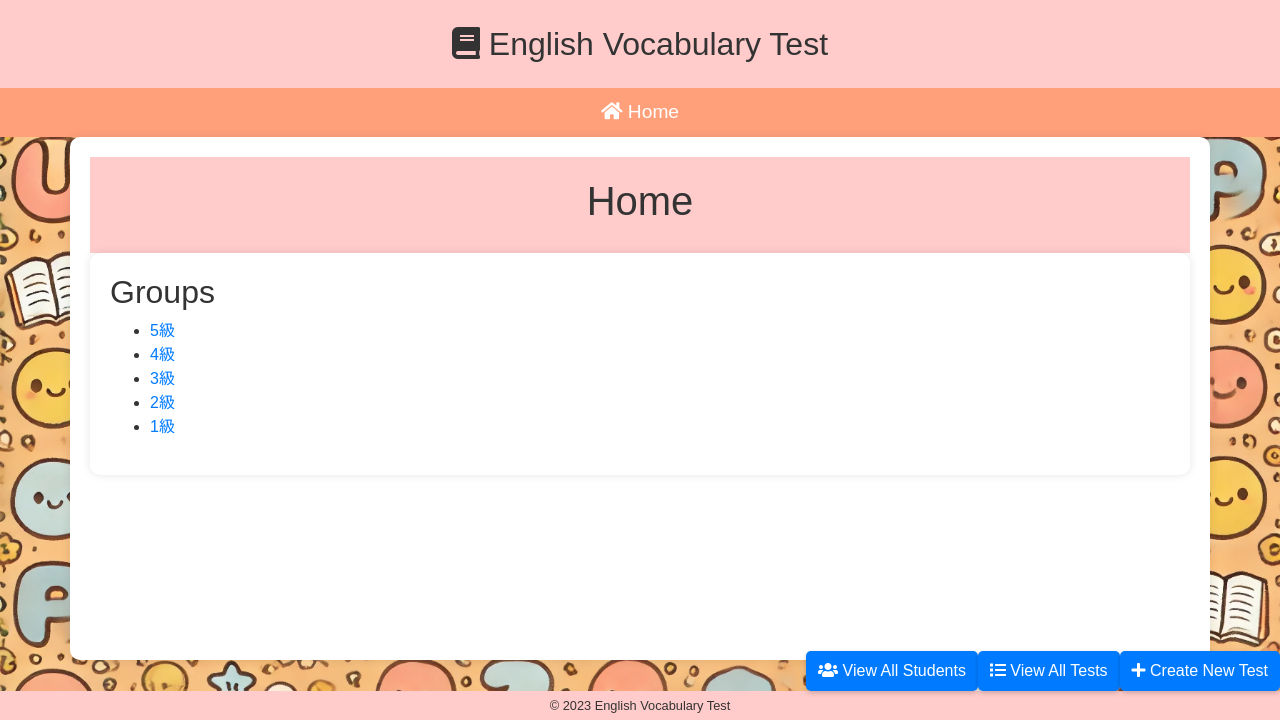
Repository: YamatoGH/testapp
Page: http://localhost/
These files come from the project's save history. The page is drawn as it stood at one moment and after the next save; the edit follows.
The browser window is 1280 px wide. The pictures show the whole page.
Backgrounds fixed to the window are drawn as part of the page. The page is served by the project's application, run on Django 5.2 (manage.py). Other server files are loaded and not shown. The page reads the database file committed with the project.

Above is the page before, as saved 2024-08-01 17:54:22.

### testapp/templates/testapp/home.html
{% extends "testapp/base.html" %}

{% block title %}Home{% endblock %}

{% block content %}
<header>
    <h1>Home</h1>
</header>

<div class="container">
    {% if groups %}
        <h2>Groups</h2>
        <ul>
            {% for group in groups %}
                <li><a href="{% url 'group_tests' group.id %}" class="group-link">{{ group.name }}</a></li>
            {% endfor %}
        </ul>
    {% else %}
        <p>No groups available.</p>
    {% endif %}
</div>

<div class="fixed-buttons">
    <a href="/students/" class="btn btn-custom view-all-students-button"><i class="fas fa-users"></i> View All Students</a>
    <a href="/all-tests/" class="btn btn-custom all-tests-button"><i class="fas fa-list"></i> View All Tests</a>
    <a href="/create-test-from-file/" class="btn btn-custom create-test-button"><i class="fas fa-plus"></i> Create New Test</a>
</div>
{% endblock %}

### testapp/templates/testapp/base.html
<!DOCTYPE html>
<html>
<head>
    {% load static %}
    <title>{% block title %}English Vocabulary Test{% endblock %}</title>
    <link rel="stylesheet" href="https://stackpath.bootstrapcdn.com/bootstrap/4.3.1/css/bootstrap.min.css">
    <link rel="stylesheet" href="https://cdnjs.cloudflare.com/ajax/libs/font-awesome/5.15.3/css/all.min.css">
    <link rel="stylesheet" type="text/css" href="{% static 'testapp/css/style.css' %}">
</head>
<body>
    <header>
        <i class="fas fa-book"></i> English Vocabulary Test
    </header>
    <nav>
        <a href="{% url 'home' %}"><i class="fas fa-home"></i> Home</a>
    </nav>
    <div class="container">
        {% block content %}{% endblock %}
    </div>
    <footer>
        &copy; 2023 English Vocabulary Test
    </footer>
</body>
<script>
    document.addEventListener("DOMContentLoaded", function() {
        var coll = document.getElementsByClassName("collapsible");
        for (var i = 0; i < coll.length; i++) {
            coll[i].addEventListener("click", function() {
                this.classList.toggle("active");
                var content = this.nextElementSibling;
                if (content.style.display === "block") {
                    content.style.display = "none";
                } else {
                    content.style.display = "block";
                }
            });
        }
    });
</script>
</html>

### testapp/models.py
from django.db import models

class Group(models.Model):
    name = models.CharField(max_length=100)

    def __str__(self):
        return self.name

class Test(models.Model):
    name = models.CharField(max_length=100)
    group = models.ForeignKey(Group, on_delete=models.CASCADE, related_name='tests', null=True)

    def __str__(self):
        return self.name

class Word(models.Model):
    test = models.ForeignKey(Test, related_name='words', on_delete=models.CASCADE)
    word = models.CharField(max_length=100)
    meaning = models.CharField(max_length=255)

class Student(models.Model):
    name = models.CharField(max_length=100)
    test_group = models.ForeignKey('Group', on_delete=models.SET_NULL, null=True, blank=True)
    current_test = models.ForeignKey('Test', on_delete=models.SET_NULL, null=True, blank=True)
    start_index = models.IntegerField(default=0)
    last_index = models.IntegerField(default=0)
    last_saved = models.DateTimeField(auto_now=True)
    note = models.TextField(blank=True, null=True)
    shuffle = models.CharField(max_length=3, choices=[('yes', 'Yes'), ('no', 'No')], default='no')

    def __str__(self):
        return self.name

### testapp/views.py
import pandas as pd
from django.shortcuts import render, get_object_or_404, redirect
from django.contrib import messages
from .models import Test, Word, Student, Group
from .forms import TestForm, WordForm, StudentDetailForm, UploadFileForm
import random
from django.forms import formset_factory

def home(request):
    groups = Group.objects.all()
    return render(request, 'testapp/home.html', {'groups': groups})
def create_test_from_file(request):
    if request.method == 'POST':
        form = TestForm(request.POST, request.FILES)
        upload_form = UploadFileForm(request.POST, request.FILES)
        if form.is_valid() and upload_form.is_valid():
            test_name = form.cleaned_data['name']
            group = form.cleaned_data['group']
            file = request.FILES['file']
            if file.name.endswith('.csv'):
                data = pd.read_csv(file)
            elif file.name.endswith('.xlsx'):
                data = pd.read_excel(file)
            else:
                messages.error(request, "Unsupported file format")
                return redirect('create_test_from_file')

            test = Test.objects.create(name=test_name, group=group)

            for _, row in data.iterrows():
                Word.objects.create(test=test, word=row['word'], meaning=row['meaning'])

            messages.success(request, "Test created successfully")
            return redirect('test_detail', pk=test.id)
    else:
        form = TestForm()
        upload_form = UploadFileForm()

    return render(request, 'testapp/create_test_from_file.html', {'form': form, 'upload_form': upload_form})
def test_detail(request, pk):
    test = get_object_or_404(Test, pk=pk)
    words = test.words.all()
    return render(request, 'testapp/test_detail.html', {'test': test, 'words': words})

def all_tests(request):
    tests = Test.objects.all()
    return render(request, 'testapp/all_tests.html', {'tests': tests})

def print_test(request, pk, start_index, end_index, shuffle):
    test = get_object_or_404(Test, pk=pk)
    words = list(test.words.all())
    if shuffle == 'yes':
        random.shuffle(words)
    words = words[start_index:end_index]
    return render(request, 'testapp/print_test.html', {'test': test, 'words': words})

def print_test_with_answers(request, pk, start_index, end_index, shuffle):
    test = get_object_or_404(Test, pk=pk)
    words = list(test.words.all())
    if shuffle == 'yes':
        random.shuffle(words)
    words = words[start_index:end_index]
    return render(request, 'testapp/print_test_with_answers.html', {'test': test, 'words': words})

def add_student(request):
    if request.method == 'POST':
        form = StudentDetailForm(request.POST)
        if form.is_valid():
            form.save()
            return redirect('student_list')
        else:
            messages.error(request, "Form is not valid")
    else:
        form = StudentDetailForm()
    return render(request, 'testapp/add_student.html', {'form': form})

def student_list(request):
    students = Student.objects.all()
    return render(request, 'testapp/student_list.html', {'students': students})

def student_detail(request, pk):
    student = get_object_or_404(Student, pk=pk)
    if request.method == 'POST':
        form = StudentDetailForm(request.POST, instance=student)
        if form.is_valid():
            form.save()
            messages.success(request, '保存に成功しました。')
            if 'print' in request.POST:
                return redirect('print_test', pk=student.current_test.pk, start_index=form.cleaned_data['start_index'], end_index=form.cleaned_data['last_index'], shuffle=form.cleaned_data['shuffle'])
            else:
                return redirect('student_detail', pk=student.pk)
        else:
            messages.error(request, "Form is not valid")
            print(form.errors)  # デバッグ用
    else:
        form = StudentDetailForm(instance=student)

    return render(request, 'testapp/student_detail.html', {'form': form, 'student': student})

def group_tests(request, pk):
    group = get_object_or_404(Group, pk=pk)
    tests = group.tests.all()
    return render(request, 'testapp/group_tests.html', {'group': group, 'tests': tests})

### vocab_test/urls.py
"""
URL configuration for vocab_test project.

The `urlpatterns` list routes URLs to views. For more information please see:
    https://docs.djangoproject.com/en/5.0/topics/http/urls/
Examples:
Function views
    1. Add an import:  from my_app import views
    2. Add a URL to urlpatterns:  path('', views.home, name='home')
Class-based views
    1. Add an import:  from other_app.views import Home
    2. Add a URL to urlpatterns:  path('', Home.as_view(), name='home')
Including another URLconf
    1. Import the include() function: from django.urls import include, path
    2. Add a URL to urlpatterns:  path('blog/', include('blog.urls'))
"""
from django.contrib import admin
from django.urls import include, path
from django.conf import settings
from django.conf.urls.static import static

urlpatterns = [
    path('admin/', admin.site.urls),
    path('', include('testapp.urls')),
]+ static(settings.MEDIA_URL, document_root=settings.MEDIA_ROOT)

### testapp/urls.py
from django.urls import path
from . import views

urlpatterns = [
    path('', views.home, name='home'),
    path('create-test-from-file/', views.create_test_from_file, name='create_test_from_file'),
    path('test/<int:pk>/', views.test_detail, name='test_detail'),
    path('all-tests/', views.all_tests, name='all_tests'),
    path('print-test/<int:pk>/<int:start_index>/<int:end_index>/<str:shuffle>/', views.print_test, name='print_test'),
    path('print-test-with-answers/<int:pk>/<int:start_index>/<int:end_index>/<str:shuffle>/', views.print_test_with_answers, name='print_test_with_answers'),
    path('add-student/', views.add_student, name='add_student'),
    path('students/', views.student_list, name='student_list'),
    path('students/<int:pk>/', views.student_detail, name='student_detail'),
    path('group-tests/<int:pk>/', views.group_tests, name='group_tests'),
]

### testapp/static/testapp/css/style.css
body {
    font-family: 'Comic Sans MS', cursive, sans-serif;
    background-color: #f0f8ff;
    color: #333;
    margin: 0;
    padding: 0;
    background-image: url('/static/testapp/images/background.jpg');
    background-size: cover;
    background-repeat: no-repeat;
    background-attachment: fixed;
    display: flex;
    flex-direction: column;
    min-height: 100vh;
}

header {
    background-color: #ffcccb;
    padding: 20px;
    text-align: center;
    font-size: 2em;
    color: #333;
}

nav {
    background-color: #ffa07a;
    padding: 10px;
    text-align: center;
}

nav a {
    margin: 0 15px;
    color: #fff;
    text-decoration: none;
    font-size: 1.2em;
}

nav a:hover {
    text-decoration: underline;
}

.container {
    flex: 1;
    padding: 20px;
    background-color: rgba(255, 255, 255, 1.0);
    border-radius: 10px;
    box-shadow: 0 0 10px rgba(0, 0, 0, 0.1);
    margin-bottom: 60px;
}

footer {
    background-color: #ffcccb;
    padding: 5px;
    text-align: center;
    font-size: 0.8em;
    position: fixed;
    width: 100%;
    bottom: 0;
}

form .btn-save {
    background-color: #28a745 !important;
    color: white !important;
    padding: 10px 20px !important;
    border: none !important;
    text-align: center !important;
    text-decoration: none !important;
    display: inline-block !important;
    font-size: 16px !important;
    margin: 4px 2px !important;
    transition-duration: 0.4s !important;
    cursor: pointer !important;
}

form .btn-save:hover {
    background-color: white !important;
    color: black !important;
    border: 2px solid #28a745 !important;
}

form .btn-print {
    background-color: #87CEEB !important;
    color: white !important;
    padding: 10px 20px !important;
    border: none !important;
    text-align: center !important;
    text-decoration: none !important;
    display: inline-block !important;
    font-size: 16px !important;
    margin: 4px 2px !important;
    transition-duration: 0.4s !important;
    cursor: pointer !important;
}

form .btn-print:hover {
    background-color: white !important;
    color: black !important;
    border: 2px solid #87CEEB !important;
}

.btn-custom {
    background-color: #ffa07a !important;
    color: white !important;
    padding: 8px 12px !important;
    border: none !important;
    text-align: center !important;
    text-decoration: none !important;
    display: inline-block !important;
    font-size: 16px !important;
    margin: 0 !important;
    transition-duration: 0.4s !important;
    cursor: pointer !important;
    border-radius: 0.25rem !important; /* Bootstrapのデフォルトと一致させる */
}

.btn-custom:hover {
    background-color: white !important;
    color: black !important;
    border: 2px solid #ffa07a !important;
}


.collapsible {
    cursor: pointer;
    padding: 10px;
    width: 100%;
    border: none;
    text-align: center;
    outline: none;
    font-size: 1em;
}

.active, .collapsible:hover {
    background-color: #ddd;
}

.collapsible-content {
    display: none;
    overflow: hidden;
    padding: 0 10px;
}

.fixed-buttons {
    position: fixed !important;
    bottom: 29px !important;
    right: 0px !important;
    display: flex !important;
    flex-direction: row !important;
    gap: 0 !important;
    align-items: center !important;
    z-index: 1000 !important;
    padding: 0 !important;
}

.fixed-buttons .btn-custom {
    background-color: #007bff !important;
    color: white !important;
    padding: 8px 12px !important;
    border-radius: 5px !important;
    text-decoration: none !important;
    box-shadow: 0 2px 5px rgba(0,0,0,0.2) !important;
    transition: background-color 0.3s ease !important;
}

.fixed-buttons .btn-custom:hover {
    background-color: #0056b3 !important;
}

.view-all-students-button,
.all-tests-button,
.create-test-button {
    margin: 0 !important;
}

.form-group {
    display: flex !important;
    align-items: center !important;
}

.form-group button,
.form-group .btn-custom {
    margin-left: 10px !important;
}

.note-field {
    width: 100%;
    max-width: 400px; /* 必要に応じて調整 */
    height: 50px;
}

.alert {
    position: fixed;
    bottom: 5px;
    left: 50%;
    transform: translateX(-50%);
    background-color: #28a745;
    color: white;
    padding: 10px 20px;
    border-radius: 5px;
    box-shadow: 0 2px 5px rgba(0, 0, 0, 0.2);
    z-index: 1000;
    transition: opacity 0.5s ease-out, display 0.5s ease-out;
}

.btn-create {
    background-color: #28a745; /* Green color */
    border: none;
    color: white;
    padding: 10px 20px;
    text-align: center;
    text-decoration: none;
    display: inline-block;
    font-size: 16px;
    margin: 4px 2px;
    transition-duration: 0.4s;
    cursor: pointer;
}

.btn-create:hover {
    background-color: #218838; /* Darker green */
    color: white;
    border: 2px solid #218838;
}

.btn-add-words {
    background-color: #007bff; /* Light blue color */
    border: none;
    color: white;
    padding: 10px 20px;
    text-align: center;
    text-decoration: none;
    display: inline-block;
    font-size: 16px;
    margin: 4px 2px;
    transition-duration: 0.4s;
    cursor: pointer;
}

.btn-add-words:hover {
    background-color: #0056b3; /* Darker blue */
    color: white;
    border: 2px solid #0056b3;
}

### db.sqlite3 (the tables this page reads, as SQL)
CREATE TABLE "testapp_group" ("id" integer NOT NULL PRIMARY KEY AUTOINCREMENT, "name" varchar(100) NOT NULL);
INSERT INTO "testapp_group" VALUES
(3, '5級'),
(5, '4級'),
(6, '3級'),
(7, '2級'),
(8, '1級');

After the next save:
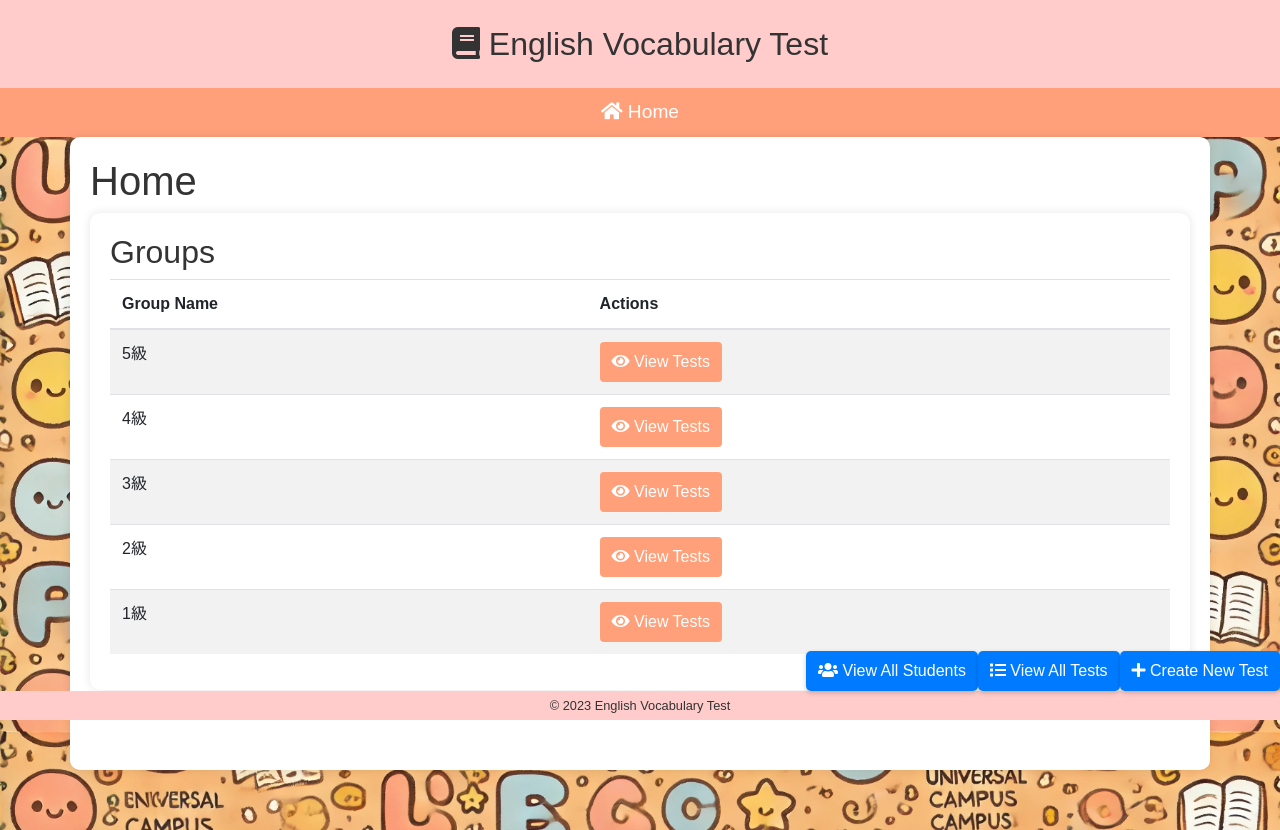
Saved 2 min 17 s later.
--- a/testapp/templates/testapp/home.html
+++ b/testapp/templates/testapp/home.html
@@ -3,26 +3,37 @@
 {% block title %}Home{% endblock %}
 
 {% block content %}
-<header>
-    <h1>Home</h1>
-</header>
+<h1>Home</h1>
 
 <div class="container">
     {% if groups %}
         <h2>Groups</h2>
-        <ul>
-            {% for group in groups %}
-                <li><a href="{% url 'group_tests' group.id %}" class="group-link">{{ group.name }}</a></li>
-            {% endfor %}
-        </ul>
+        <table class="table table-striped table-hover">
+            <thead>
+                <tr>
+                    <th>Group Name</th>
+                    <th>Actions</th>
+                </tr>
+            </thead>
+            <tbody>
+                {% for group in groups %}
+                <tr>
+                    <td>{{ group.name }}</td>
+                    <td>
+                        <a href="{% url 'group_tests' group.id %}" class="btn btn-custom"><i class="fas fa-eye"></i> View Tests</a>
+                    </td>
+                </tr>
+                {% endfor %}
+            </tbody>
+        </table>
     {% else %}
         <p>No groups available.</p>
     {% endif %}
 </div>
 
 <div class="fixed-buttons">
-    <a href="/students/" class="btn btn-custom view-all-students-button"><i class="fas fa-users"></i> View All Students</a>
-    <a href="/all-tests/" class="btn btn-custom all-tests-button"><i class="fas fa-list"></i> View All Tests</a>
-    <a href="/create-test-from-file/" class="btn btn-custom create-test-button"><i class="fas fa-plus"></i> Create New Test</a>
+    <a href="{% url 'student_list' %}" class="btn btn-custom view-all-students-button"><i class="fas fa-users"></i> View All Students</a>
+    <a href="{% url 'all_tests' %}" class="btn btn-custom all-tests-button"><i class="fas fa-list"></i> View All Tests</a>
+    <a href="{% url 'create_test_from_file' %}" class="btn btn-custom create-test-button"><i class="fas fa-plus"></i> Create New Test</a>
 </div>
 {% endblock %}
